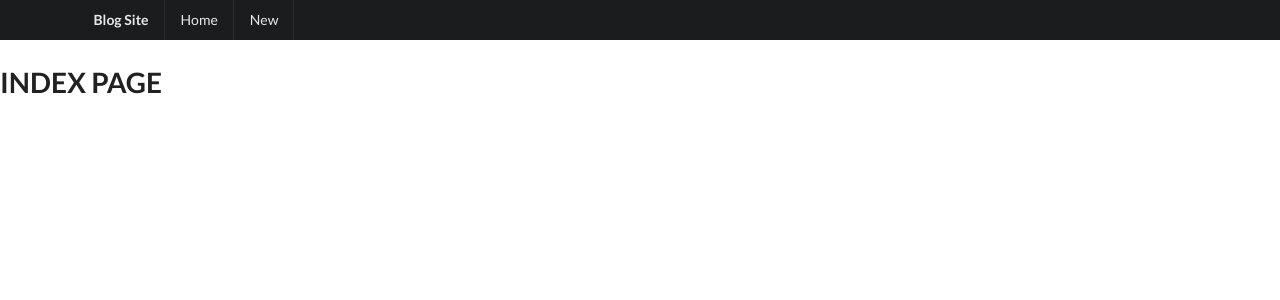
Repository: krit-gpt/WebApplication_Projects
Page: http://localhost/blogs
The author's editor kept a record of every edit. The page is drawn from the files as they stood at one moment, then again after the next edit.
The browser window is 1280 px wide. The pictures show the whole page.
Some web libraries are served in a nearby version. The page is served by the project's Node server (app.js). Queries for data that is not in the repository find no rows.

Above is the page before.

### Blog_Site/workspace/views/index.ejs
<% include ./partials/header %>
<br>
<br>
<h1>INDEX PAGE</h1>
<% blogs.forEach(function(blog){ %>
    <div>
        <h2><%= blog.title %></h2>
        <img src= "<%= blog.image %>">
        <span><%= blog.created %></span>
        <p><%= blog.body %></p>
    </div>
<% }); %>

<% include ./partials/footer %>

### Blog_Site/workspace/views/partials/header.ejs
<html>
    <head>
        <title>Blog App</title>
        <link rel="stylesheet" type="text/css" href="https://cdnjs.cloudflare.com/ajax/libs/semantic-ui/2.2.13/semantic.min.css">
    </head>
    <body>
        <div class="ui fixed inverted menu">
            <div class="ui container">
                <div class= "header item">Blog Site</div>
                <a href= "/" class= "item">Home</a>
                <a href= "/blogs/new" class="item">New</a>
            </div>
        </div>

### Blog_Site/workspace/app.js
var express = require('express');
var app = express();
var mongoose = require('mongoose');
var bodyParser = require('body-parser');

app.set("view engine", "ejs");
app.use(express.static("public"));
//For the CSS FIles -- telling express to automaticlly find in the public directory
app.use(bodyParser.urlencoded({extended: true}));
// Telling app to use body-parser, otherwise, it will no use it!


//CONFIG MONGOOSE and MAKE A MODEL
//mongoose.connect("mongodb://localhost/restful_blog_app");
mongoose.connect("mongodb://localhost/restful_blog_app", {useMongoClient: true});

var blogSchema = new mongoose.Schema({
   title: String,
   image: String,
   body: String,
   created: {type: Date, default: Date.now}
});

var Blog = mongoose.model("Blog", blogSchema);

Blog.create({
    title: "Test",
    image: "https://images.unsplash.com/photo-1485466799797-74ecb5ef351b?auto=format&fit=crop&w=750&q=80",
    body: "Hello World, this is a blog!"
});

app.get("/", function(req, res){
    res.redirect("/blogs");

});

//IN /blogs route, show everything -- INDEX ROUTE,
//Hence, get everything from the DB, and display it!
app.get("/blogs", function(req, res){
   Blog.find({}, function(err, blogs){
     if(err){
         console.log("ERROR!");
     }else{
         res.render("index.ejs", {blogs: blogs});
     }
   });
});









app.listen(process.env.PORT, process.env.IP);

Loaded but not shown: Blog_Site/workspace/views/partials/footer.ejs (common file)

After the next edit:
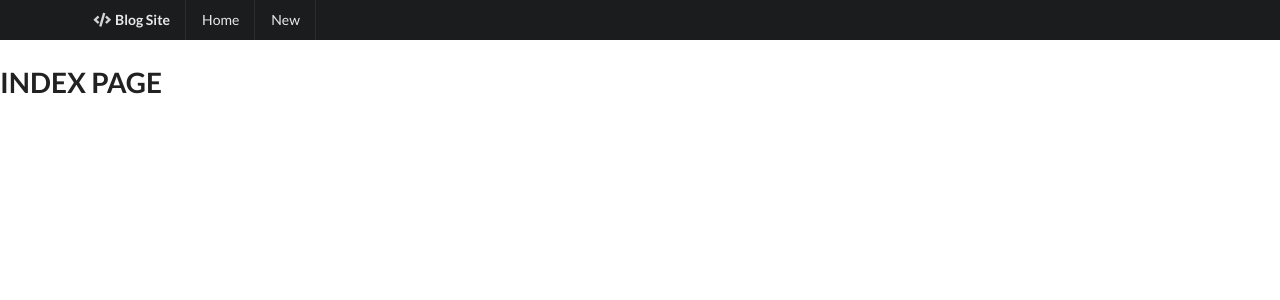
The edit:
--- a/Blog_Site/workspace/views/partials/header.ejs
+++ b/Blog_Site/workspace/views/partials/header.ejs
@@ -6,7 +6,7 @@
     <body>
         <div class="ui fixed inverted menu">
             <div class="ui container">
-                <div class= "header item">Blog Site</div>
+                <div class= "header item"><i class=" code icon"></i>Blog Site</div>
                 <a href= "/" class= "item">Home</a>
                 <a href= "/blogs/new" class="item">New</a>
             </div>
